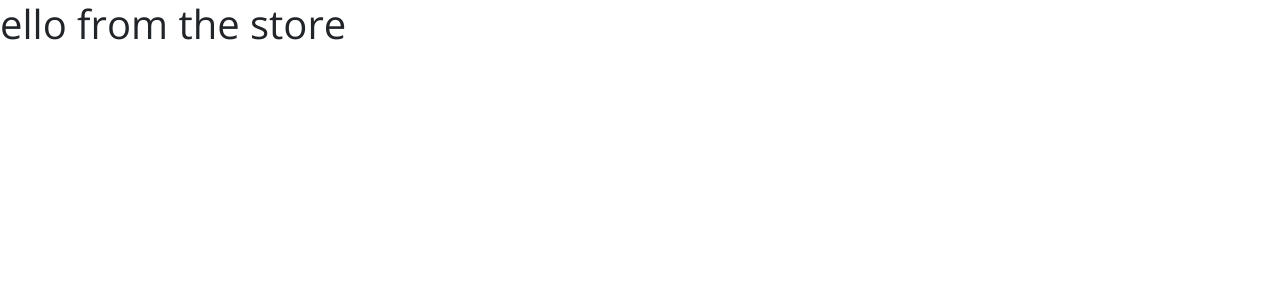
Repository: CaptainStorm21/react16-techstore
Page: /
These files come from the project's save history. The page is drawn as it stood at one moment and after the next save; the edit follows.
The browser window is 1280 px wide. The pictures show the whole page.
Some web fonts or font styles are not loaded; a fallback is used. The project was rebuilt for these pictures with package versions that can differ from the ones it lists, and the page was loaded fresh each time.

Above is the page before, as saved 2020-05-06 21:59:54.

After the next save:
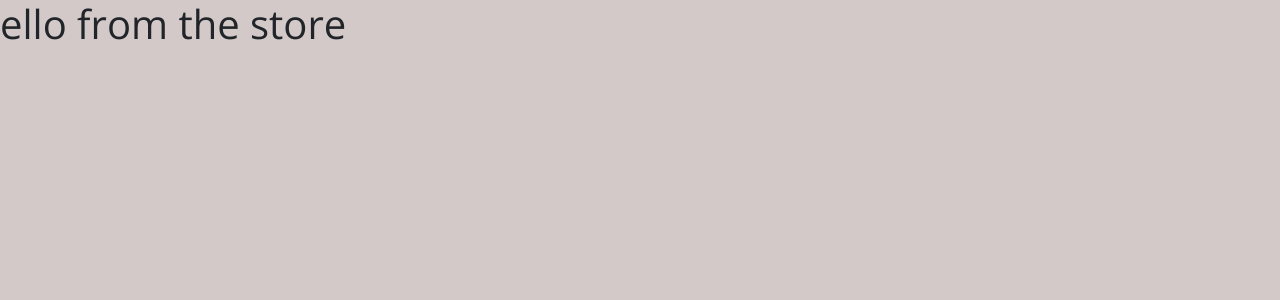
Saved 17 s later.
--- a/src/App.css
+++ b/src/App.css
@@ -19,5 +19,5 @@
 
 body{
   font-family: 'Open Sans', sans-serif  !important;
-  background-color: var(--mainGrey);
+  background-color: var(--mainGrey) !important;
 }
